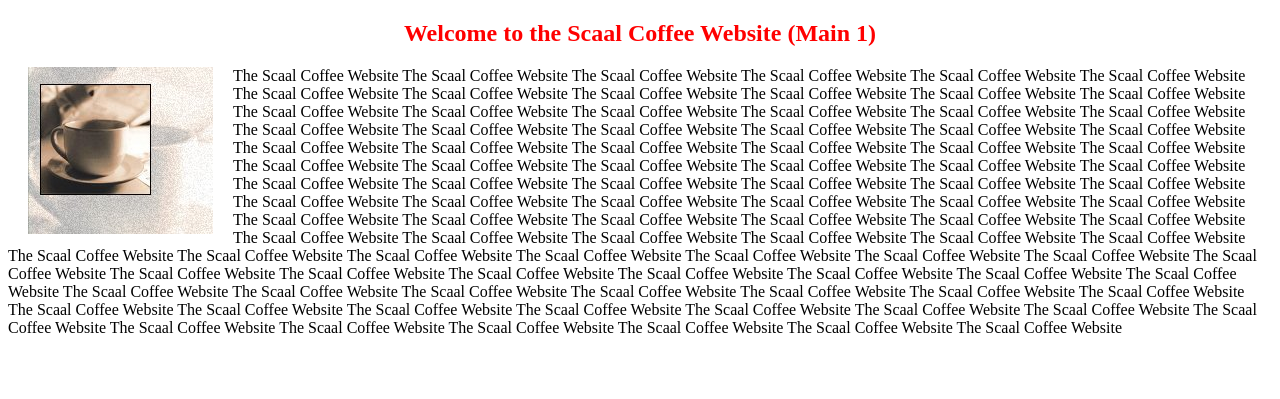
Repository: Tan-Khang21/TH_TKW--Buoi_03
Page: BT_mau/Bai_3/main1.html
An editor plug-in stored every save of this project. The page is shown before and after the next save, followed by the edit.
The browser window is 1280 px wide. The pictures show the whole page.

Above is the page before, as saved 2024-02-27 19:57:03.

### BT_mau/Bai_3/main1.html
<!DOCTYPE html>
<html lang="en">
  <head>
    <meta charset="UTF-8" />
    <meta name="viewport" content="width=device-width, initial-scale=1.0" />
    <title>Document</title>
  </head>
  <body>
    <h2 style="color: red; text-align: center;">Welcome to the Scaal Coffee Website (Main 1)</h2>
    <img src="/BT_mau/Bai_3/images/hinh.jpg" alt="" hspace="20" style="float: left;"/>
    <p>
      The Scaal Coffee Website The Scaal Coffee Website The Scaal Coffee Website
      The Scaal Coffee Website The Scaal Coffee Website The Scaal Coffee Website
      The Scaal Coffee Website The Scaal Coffee Website The Scaal Coffee Website
      The Scaal Coffee Website The Scaal Coffee Website The Scaal Coffee Website
      The Scaal Coffee Website The Scaal Coffee Website The Scaal Coffee Website
      The Scaal Coffee Website The Scaal Coffee Website The Scaal Coffee Website
      The Scaal Coffee Website The Scaal Coffee Website The Scaal Coffee Website
      The Scaal Coffee Website The Scaal Coffee Website The Scaal Coffee Website
      The Scaal Coffee Website The Scaal Coffee Website The Scaal Coffee Website
      The Scaal Coffee Website The Scaal Coffee Website The Scaal Coffee Website
      The Scaal Coffee Website The Scaal Coffee Website The Scaal Coffee Website
      The Scaal Coffee Website The Scaal Coffee Website The Scaal Coffee Website
      The Scaal Coffee Website The Scaal Coffee Website The Scaal Coffee Website
      The Scaal Coffee Website The Scaal Coffee Website The Scaal Coffee Website
      The Scaal Coffee Website The Scaal Coffee Website The Scaal Coffee Website
      The Scaal Coffee Website The Scaal Coffee Website The Scaal Coffee Website
      The Scaal Coffee Website The Scaal Coffee Website The Scaal Coffee Website
      The Scaal Coffee Website The Scaal Coffee Website The Scaal Coffee Website
      The Scaal Coffee Website The Scaal Coffee Website The Scaal Coffee Website
      The Scaal Coffee Website The Scaal Coffee Website The Scaal Coffee Website
      The Scaal Coffee Website The Scaal Coffee Website The Scaal Coffee Website
      The Scaal Coffee Website The Scaal Coffee Website The Scaal Coffee Website
      The Scaal Coffee Website The Scaal Coffee Website The Scaal Coffee Website
      The Scaal Coffee Website The Scaal Coffee Website The Scaal Coffee Website
      The Scaal Coffee Website The Scaal Coffee Website The Scaal Coffee Website
      The Scaal Coffee Website The Scaal Coffee Website The Scaal Coffee Website
      The Scaal Coffee Website The Scaal Coffee Website The Scaal Coffee Website
      The Scaal Coffee Website The Scaal Coffee Website The Scaal Coffee Website
      The Scaal Coffee Website The Scaal Coffee Website The Scaal Coffee Website
      The Scaal Coffee Website The Scaal Coffee Website The Scaal Coffee Website
      The Scaal Coffee Website The Scaal Coffee Website The Scaal Coffee Website
      The Scaal Coffee Website The Scaal Coffee Website The Scaal Coffee Website
    </p>
  </body>
</html>

After the next save:
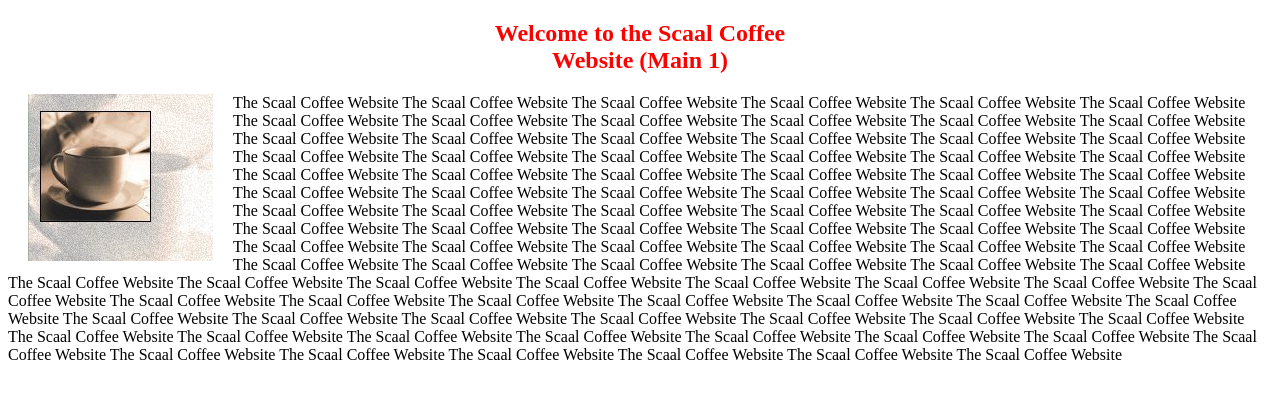
Saved 22 s later.
--- a/BT_mau/Bai_3/main1.html
+++ b/BT_mau/Bai_3/main1.html
@@ -6,7 +6,7 @@
     <title>Document</title>
   </head>
   <body>
-    <h2 style="color: red; text-align: center;">Welcome to the Scaal Coffee Website (Main 1)</h2>
+    <h2 style="color: red; text-align: center;">Welcome to the Scaal Coffee <br> Website (Main 1)</h2>
     <img src="/BT_mau/Bai_3/images/hinh.jpg" alt="" hspace="20" style="float: left;"/>
     <p>
       The Scaal Coffee Website The Scaal Coffee Website The Scaal Coffee Website
